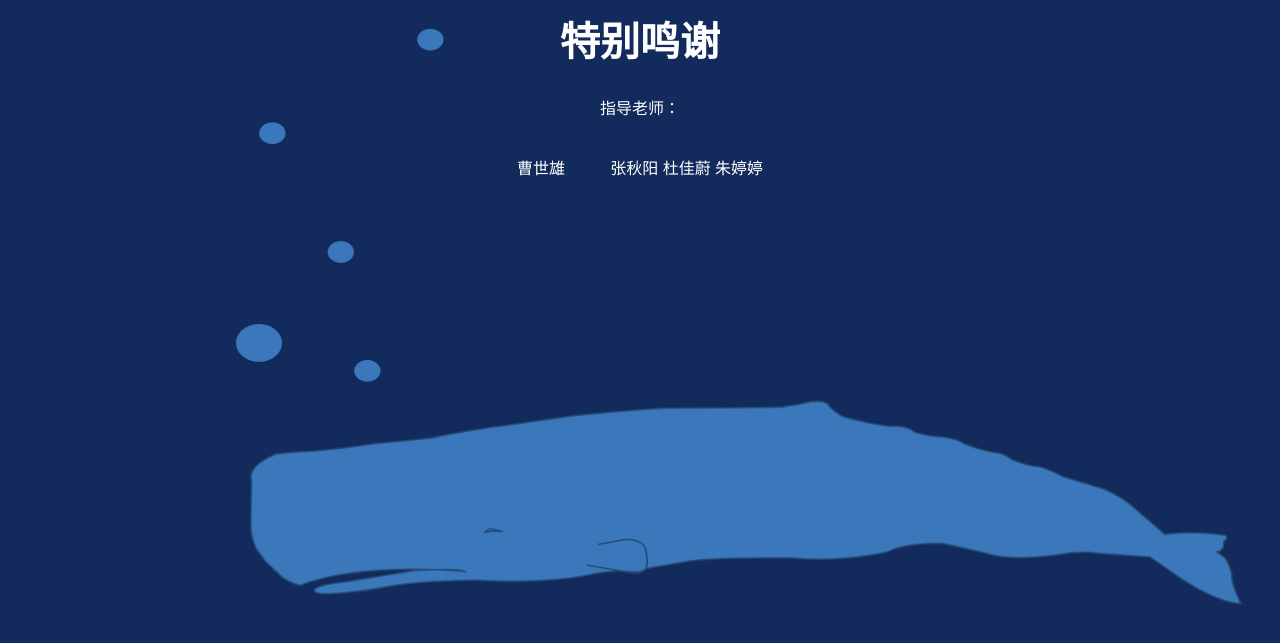
Repository: Akron-xz/helloVue
Page: /#/thanks (app in vue-library/)
An editor plug-in stored every save of this project. The page is shown before and after a run of saves, followed by the edit.
The browser window is 1280 px wide. The pictures show the whole page.
The project was rebuilt for these pictures with package versions that can differ from the ones it lists, and the page was loaded fresh each time. Also part of the build but not shown: vue-library/src/components/homeNav.vue, vue-library/src/views/Home.vue.

Above is the page before, as saved 2020-11-26 17:02:09.

### vue-library/src/main.js
import Vue from 'vue'
import App from './App.vue'
import ElementUI from 'element-ui';
import 'element-ui/lib/theme-chalk/index.css';
import axios from "axios"
import router from './router'
import Router from 'vue-router'

const routerPush = Router.prototype.push
Router.prototype.push = function push(location) {
    return routerPush.call(this, location).catch(error => error)
}

Vue.config.productionTip = false
Vue.use(ElementUI);
Vue.prototype.$axios = axios;


new Vue({
    router,
    render: h => h(App)
}).$mount('#app')

### vue-library/src/router/index.js
import Vue from 'vue'
import VueRouter from 'vue-router'
import Home from '../views/Home.vue'


Vue.use(VueRouter)

const routes = [{
        path: '/',
        name: 'Home',
        component: Home
    },
    {
        path: '/about',
        name: 'About',
        // route level code-splitting
        // this generates a separate chunk (about.[hash].js) for this route
        // which is lazy-loaded when the route is visited.
        component: () =>
            import ( /* webpackChunkName: "about" */ '../views/About.vue')
    },
    {
        path: '/admin',
        name: 'Admin',
        // route level code-splitting
        // this generates a separate chunk (about.[hash].js) for this route
        // which is lazy-loaded when the route is visited.
        component: () =>
            import ( /* webpackChunkName: "about" */ '../views/Administrator.vue')
    },
    {
        path: "/userLogin",
        name: "UserLogin",
        component: () =>
            import ('../views/UserLogin.vue')
    },
    {
        path: "/user",
        name: "User",
        component: () =>
            import ( /* webpackChunkName: "about" */ '../views/User.vue')
    },
    {
        path: "/signup",
        name: "SignUp",
        component: () =>
            import ('../views/SignUp.vue')
    },
    {
        path: "/adminmain",
        name: "AdminMain",
        component: () =>
            import ('../views/AdminMain.vue')
    },
    {

        path: "/MyInformation",
        name: "MyInformation",
        component: () =>
            import ('../views/MyInformation.vue')
    },
    {
        path: "/library",
        name: "Library",
        component: () =>
            import ( /* webpackChunkName: "about" */ '../views/Library.vue')

    },
    {
        path: "/modifymsg",
        name: "ModifyMsg",
        component: () =>
            import ('../views/ModifyMsg.vue')
    },
    {
        path: "/borrowhistory",
        name: "BorrowHistory",
        component: () =>
            import ('../views/BorrowHistory.vue')
    },
    {
        path: "/newissue",
        name: "NewIssue",
        component: () =>
            import ('../views/NewIssue.vue')
    },
    {
        path: "/booksearch",
        name: "BookSearch",
        component: () =>
            import ('../views/BookSearch.vue')
    },
    {
        path: "/MyBookshelves",
        name: "MyBookshelves",
        component: () =>
            import ('../views/MyBookshelves.vue')
    },
    {
        path: "/modifyAnnounce",
        name: "ModifyAnnounce",
        component: () =>
            import ('../views/ModifyAnnounce.vue')
    },
    {
        path: "/statistics",
        name: "Statistics",
        component: () =>
            import ('../views/Statistics.vue')
    },
    {
        path: "/thanks",
        name: "Thanks",
        component: () =>
            import ('../views/Thanks.vue')
    },


]

const router = new VueRouter({
    routes
})

export default router

### vue-library/src/views/Thanks.vue
<template>
    <div class="thankBox-container">
        <h1 class="title">特别鸣谢</h1>
        <p class="thanksWord">
        指导老师：<br>
        <br>
        <br>
        曹世雄 &emsp; &emsp; 张秋阳  杜佳蔚  朱婷婷




        </p>
    </div>
</template>

<script>
export default {

}
</script>

<style scoped>
.thankBox-container {
  position: fixed;
  left: 0;
  top: 0;
  width: 100%;
  height: 100%;
  background-image: url(/img/divBg/bg34.jpg);
  background-size: 100% 100%;
}

.title{
    margin-top: 10px;
    text-align: center;
    font-size: 40px;
    color: white;
}

.thanksWord{
    color: white;
}
</style>

Loaded but not shown: vue-library/public/index.html (common file); vue-library/src/App.vue (common file)

After the next 3 saves:
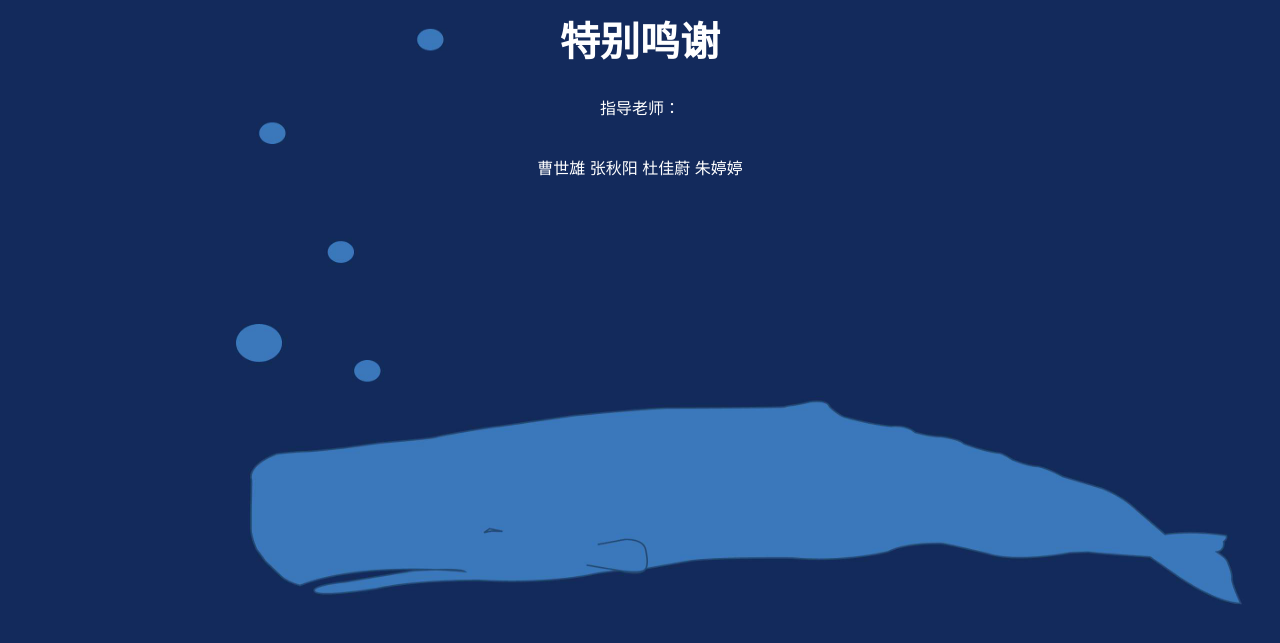
The 3 saves are shown as one change because 2 did not build or start.
The last was saved 28 s later.
--- a/vue-library/src/views/Thanks.vue
+++ b/vue-library/src/views/Thanks.vue
@@ -5,7 +5,7 @@
         指导老师：<br>
         <br>
         <br>
-        曹世雄 &emsp; &emsp; 张秋阳  杜佳蔚  朱婷婷
+        曹世雄  张秋阳  杜佳蔚  朱婷婷
 
 
 
